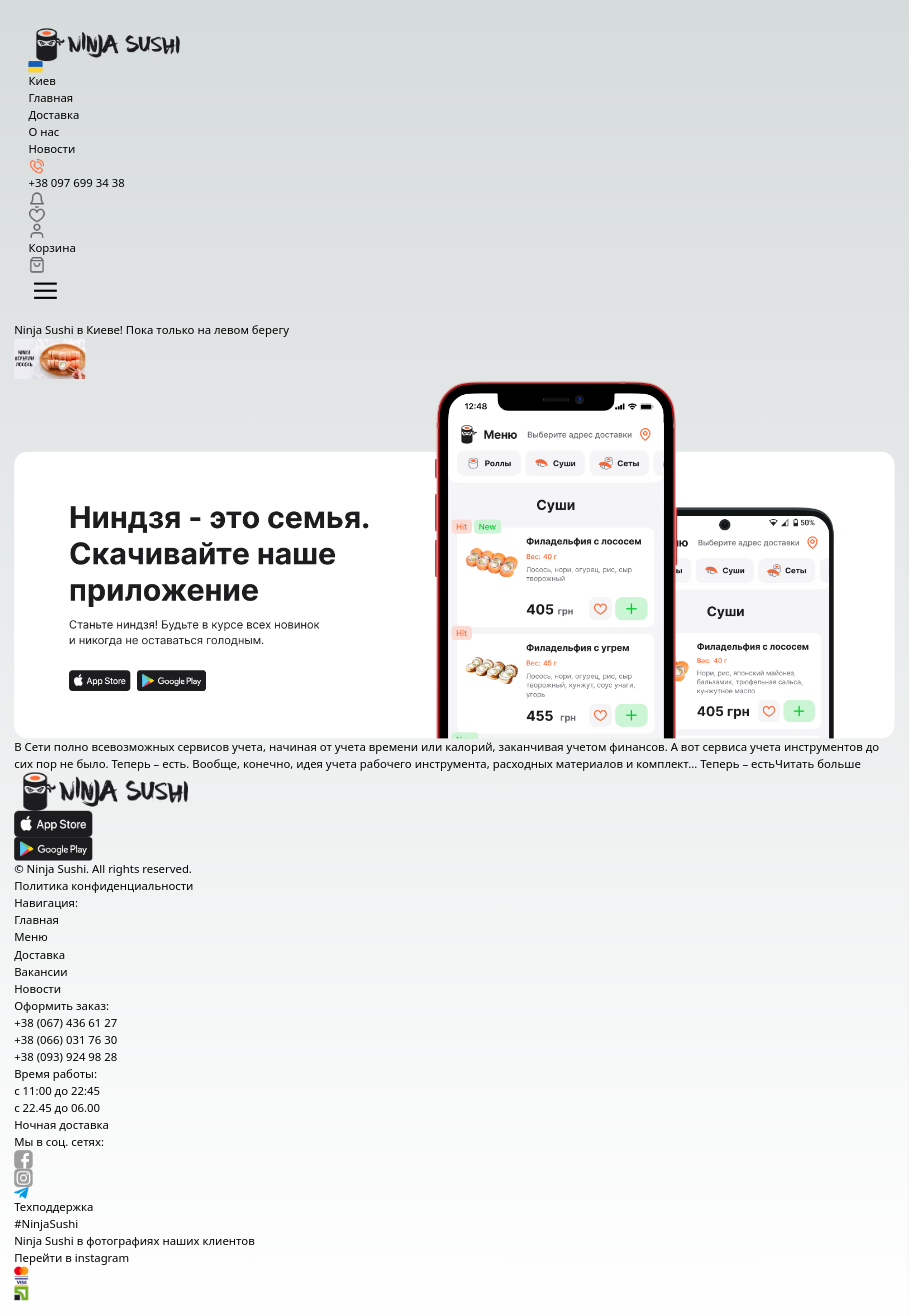
Repository: shokirovG/loyiha
Page: /News
These files come from the project's save history. The page is drawn as it stood at one moment and after the next save; the edit follows.
The browser window is 1280 px wide. The pictures show the whole page, at 71% of full size.
The project was rebuilt for these pictures with package versions that can differ from the ones it lists, and the page was loaded fresh each time. The framework's server and built-in components were replaced by stand-ins that run in the browser. Also part of the build but not shown: next.config.js, Components/Categories.jsx, Components/OpenNav.jsx.

Above is the page before, as saved 2023-07-01 13:38:04.

### pages/News.jsx
import { Header, Slider } from "@/Components";
import Footer from "@/Components/Footer";
import React from "react";

const News = () => {
  return (
    <div className="container p-5">
      <Header />
      <Slider />
      <Footer />
    </div>
  );
};

export default News;

### Components/index.js
export { default as Header } from "./Header";
export { default as Burger } from "./Burger";
export { default as Categories } from "./Categories";
export { default as Slider } from "./Slider";
export { default as OpenNav } from "./OpenNav";

### Components/Footer.jsx
import Image from "next/image";
import Link from "next/link";
import React from "react";

const Footer = () => {
  return (
    <div className="bigOne w-[100%] min-h-[160vh] gap-[50px] text-[16px] text-[#9E9E9E] flex flex-col justify-between mt-10">
      <Image src={"/imgs/play.png"} width={1500} height={644} />
      <p className="paragraph w-[60%] text-center m-auto">
        В Сети полно всевозможных сервисов учета, начиная от учета времени или
        калорий, заканчивая учетом финансов. А вот сервиса учета инструментов до
        сих пор не было. Теперь – есть. Вообще, конечно, идея учета рабочего
        инструмента, расходных материалов и комплект... Теперь – есть
        <span className="float-right text-[#00CC2D] mt-2">Читать больше</span>
      </p>
      <div className="footer flex items-center justify-evenly max-w-[100%] bg-white min-h-[376px] rounded-lg">
        <div className="w-[246px] h-[248px] flex flex-col items-center justify-between">
          <div className="w-[246px] h-[156px] flex flex-col items-center justify-around">
            <Image src={"/imgs/logo.png"} width={246} height={59} />
            <div className="w-[246px] flex justify-around">
              <Image src={"/imgs/appstore.png"} width={110} height={37} />
              <Image src={"/imgs/google.png"} width={110} height={37} />
            </div>
            <span className="text-[14px]">
              © Ninja Sushi. All rights reserved.
            </span>
          </div>
          <span className="text-[14px] text-[#1D1D1F] font-[500]">
            Политика конфиденциальности
          </span>
        </div>
        <div className="footer_items max-w-[754px] min-h-[184px] flex justify-between gap-10 mb-5">
          <ul className="flex flex-col gap-[5px] w-[101px] h-[100%]">
            <li className="text-[14px] text-[#686870]">Навигация:</li>
            <li>
              <Link
                className="text-[16px] text-[#1D1D1F] font-[500]"
                href={"/"}
              >
                Главная
              </Link>
            </li>
            <li>
              <Link
                className="text-[16px] text-[#1D1D1F] font-[500]"
                href={"#"}
              >
                Меню
              </Link>
            </li>
            <li>
              <Link
                className="text-[16px] text-[#1D1D1F] font-[500]"
                href={"#"}
              >
                Доставка
              </Link>
            </li>
            <li>
              <Link
                className="text-[16px] text-[#1D1D1F] font-[500]"
                href={"#"}
              >
                Вакансии
              </Link>
            </li>
            <li>
              <Link
                className="text-[16px] text-[#1D1D1F] font-[500]"
                href={"#"}
              >
                Новости
              </Link>
            </li>
          </ul>

          <ul className="w-[168px] h-[120px] flex flex-col items-start gap-[5px]">
            <li className="text-[14px] text-[#686870]">Оформить заказ:</li>
            <li>
              <Link
                className="text-[16px] text-[#1D1D1F] font-[500]"
                href={"/"}
              >
                +38 (067) 436 61 27
              </Link>
            </li>
            <li>
              <Link
                className="text-[16px] text-[#1D1D1F] font-[500]"
                href={"#"}
              >
                +38 (066) 031 76 30
              </Link>
            </li>
            <li>
              <Link
                className="text-[16px] text-[#1D1D1F] font-[500]"
                href={"#"}
              >
                +38 (093) 924 98 28
              </Link>
            </li>
          </ul>

          <ul className="w-[137px] h-[120px] flex flex-col items-start gap-[5px]">
            <li className="text-[14px] text-[#686870]">Время работы:</li>
            <li>
              <Link
                className="text-[16px] text-[#1D1D1F] font-[500]"
                href={"/"}
              >
                с 11:00 до 22:45
              </Link>
            </li>
            <li>
              <Link
                className="text-[16px] text-[#1D1D1F] font-[500]"
                href={"#"}
              >
                с 22.45 до 06.00
              </Link>
            </li>
            <li className="text-[14px] text-[#686870]">Ночная доставка</li>
          </ul>

          <div className="w-[174px] h-[120px] flex flex-col gap-[12px]">
            <span>Мы в соц. сетях:</span>
            <div className="flex w-[64px] h-[26px] justify-between">
              <Image src={"/imgs/face.png"} width={26} height={26} />
              <Image src={"/imgs/insta.png"} width={26} height={26} />
            </div>
            <button className="w-[160px] h-[40px] bg-[#F5F5F7] rounded-lg flex justify-around items-center p-[12px]">
              <Image src={"/imgs/telegram.png"} width={20} height={16} />
              <Link
                className="text-[#039BE5] text-[16px] font-mono font-[500]"
                href={"#"}
              >
                Техподдержка
              </Link>
            </button>
          </div>
        </div>
        <div className="others w-[246px] min-h-[248px] flex flex-col justify-between pt-[20px] items-center">
          <div className="w-[246px] h-[194] gap-[5px] flex flex-col">
            <h1
              className="title text-[42px] text-[#1D1D1F] font-[700]"
              id="title"
            >
              #NinjaSushi
            </h1>
            <p className="text-[#9E9E9E] text-[16px] line-[24px]" id="texts">
              Ninja Sushi в фотографиях наших клиентов
            </p>
            <button
              id="button"
              className="w-[246px] h-[56px] bg-[#F5F5F7] rounded-[12px] text-[#00CC2D] font-[500] text-[16px] font-[Inter]"
            >
              <Link href={"https://www.instagram.com/bektoshevich_01/"}>
                Перейти в instagram
              </Link>
            </button>
          </div>
          <div className="flex w-[105px] h-[18px] justify-around">
            <Image src={"/imgs/master.png"} width={20} height={16} />
            <Image src={"/imgs/visa.png"} width={20} height={16} />
            <Image src={"/imgs/pg.png"} width={20} height={16} />
          </div>
        </div>
      </div>
    </div>
  );
};

export default Footer;

### Components/Header.jsx
"use client";

import React from "react";
import Image from "next/image";
import { Burger } from ".";
import Link from "next/link";

const Header = () => {
  return (
    <header className="sm:w-auto p-5 md:flex lg:flex xl:flex items-center w-screen justify-around h-24 bg-white mb-[16px]">
      <div className="w-52 h-12">
        <Link href="/" className="">
          <Image src="/imgs/logo.PNG" alt="logo" width={214} height={48} />
        </Link>
      </div>
      <div className="w-3/4 sm:flex md:flex md:items-center md:justify-between lg:flex lg:items-center lg:justify-between">
        <ul className="lg:flex xl:flex md:flex 2xl:flex items-center w-3/6 justify-between gap-12 md:gap-2 lg:gap-12">
          <li className="flex w-20 justify-between items-center g-4 h-3">
            <Image src="/imgs/flag.PNG" alt="logo" width={20} height={2} />
            <a href="#" className="ml-2">
              Киев
            </a>
          </li>
          <li className="">
            <a href="#" className="">
              Главная
            </a>
          </li>
          <li className="">
            <a href="#" className="">
              Доставка
            </a>
          </li>
          <li className="w-12 flex">
            <a href="#" className="w-12">
              О нас
            </a>
          </li>
          <li className="">
            <a href="#" className="">
              Новости
            </a>
          </li>
          <li className="flex items-center">
            <a href="#" className="w-48 justify-around flex items-center">
              <Image src="/imgs/tel.PNG" alt="logo" width={24} height={24} />
              <span>+38 097 699 34 38</span>
            </a>
          </li>
        </ul>
        <div className="flex items-center w-80 h-14">
          <div className="flex w-12 border items-center justify-center h-12 rounded-lg">
            <Image src="/imgs/bell.PNG" alt="logo" width={24} height={24} />
          </div>
          <div className="flex w-12 border items-center ml-2 justify-center h-12 rounded-lg">
            <Image src="/imgs/like.PNG" alt="logo" width={24} height={24} />
          </div>
          <div className="flex w-12 border items-center ml-2 justify-center h-12 rounded-lg">
            <Image src="/imgs/person.PNG" alt="logo" width={24} height={24} />
          </div>
          <div className="flex w-32 justify-around ml-2 border items-center h-12 rounded-lg">
            <span>Корзина</span>
            <Image src="/imgs/cart.PNG" alt="logo" width={24} height={24} />
          </div>
        </div>
      </div>

      <Burger />
    </header>
  );
};
export default Header;

### Components/Burger.jsx
"use client";

import Hamburger from "hamburger-react";
import React, { useState } from "react";
import { OpenNav } from ".";

const Burger = () => {
  const [isOpen, settOpen] = useState(false);
  return (
    <div className="burger">
      <Hamburger toggled={isOpen} toggle={settOpen} />
      {isOpen ? <OpenNav /> : null}
    </div>
  );
};

export default Burger;

### Components/Slider.js
"use client";

import React from "react";
import { Swiper, SwiperSlide } from "swiper/react";
import "swiper/css";
import "swiper/css/pagination";
import { Pagination } from "swiper";
import Image from "next/image";

const Slider = () => {
  return (
    <Swiper
      pagination={true}
      modules={[Pagination]}
      className="mySwiper h-[600px] w-[100%] mt-10"
    >
      <SwiperSlide>
        <div>
          <h1>Ninja Sushi в Киеве! Пока только на левом берегу</h1>
          <Image src={"/imgs/new.png"} width={100} height={336} />
        </div>
      </SwiperSlide>
      <SwiperSlide>
        <div>
          <h1>Ninja Sushi в Киеве! Пока только на левом берегу</h1>
        </div>
      </SwiperSlide>
      <SwiperSlide>
        <div>
          <h1>Ninja Sushi в Киеве! Пока только на левом берегу</h1>
        </div>
      </SwiperSlide>
      <SwiperSlide>
        <div>
          <h1>Ninja Sushi в Киеве! Пока только на левом берегу</h1>
        </div>
      </SwiperSlide>
    </Swiper>
  );
};

export default Slider;

Loaded but not shown: pages/_app.js (common file); pages/_document.js (common file); styles/globals.css (common file); tailwind.config.js (common file)

After the next save:
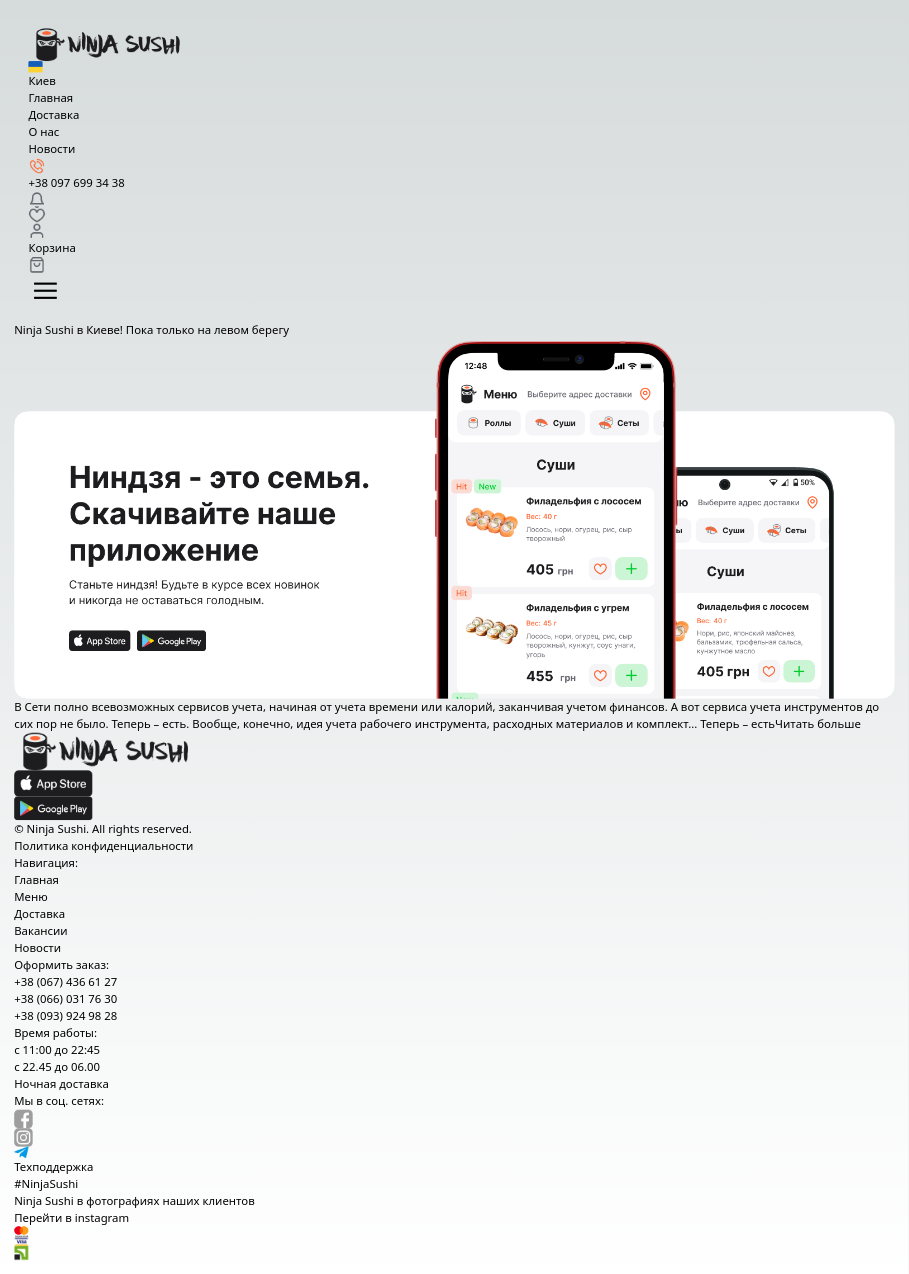
Saved 6 s later.
--- a/Components/Slider.js
+++ b/Components/Slider.js
@@ -17,7 +17,7 @@
       <SwiperSlide>
         <div>
           <h1>Ninja Sushi в Киеве! Пока только на левом берегу</h1>
-          <Image src={"/imgs/new.png"} width={100} height={336} />
+          <Image src={"/imgs/new.png"} width={1} height={336} />
         </div>
       </SwiperSlide>
       <SwiperSlide>
